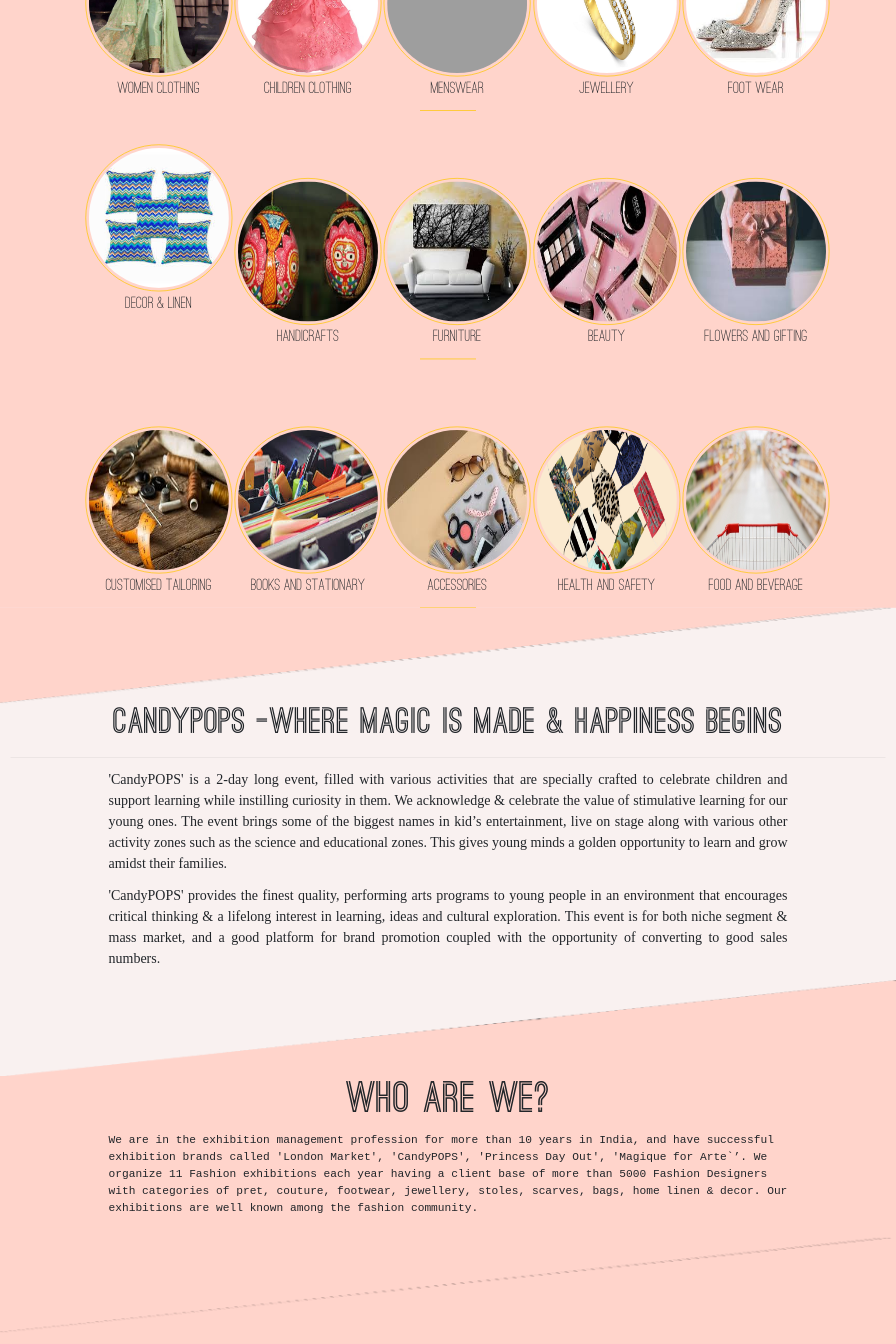
Repository: Demonster1999/newshoperrepo
Page: index.html
The author's editor kept a copy of each file at every save. The page is drawn from the files as they stood at one save, then again after a run of saves.
The browser window is 1280 px wide. The pictures show the part of the page from y = 1765 to 3685 px (the page is 3685 px tall), at 70% of full size.
Pictures or frames that could not be fetched are drawn as grey boxes. Some web libraries are served in a nearby version.

Above is the page before, as saved 2020-07-21 16:05:37.
Console error: TypeError: Cannot read properties of null (reading 'getContext')

After the next 4 saves:
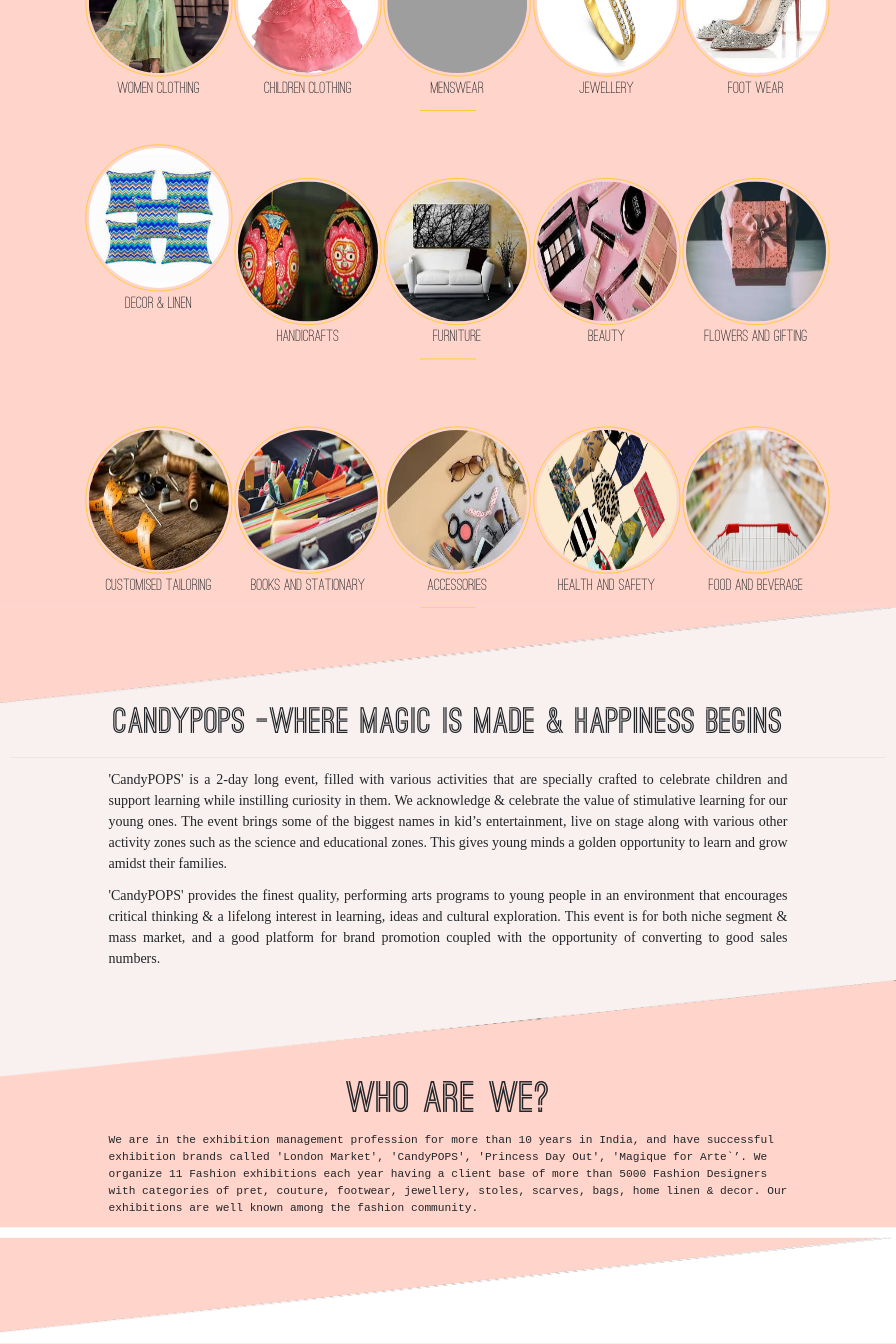
The 4 saves are shown as one change because they came seconds apart.
The last was saved 25 s later.
--- a/index.html
+++ b/index.html
@@ -363,7 +363,7 @@
 			<img src="images/tm-border-black-bottom.png" alt="Border" class="tm-border">
 		</section> <!-- contact -->
 
-	<footer class="text-right tm-dark-bg">
+	<footer class="text-right tm-dark-bg bg-white">
 			<img src="images/tm-border-black-top.png" alt="Border" class="tm-border">
 
 
